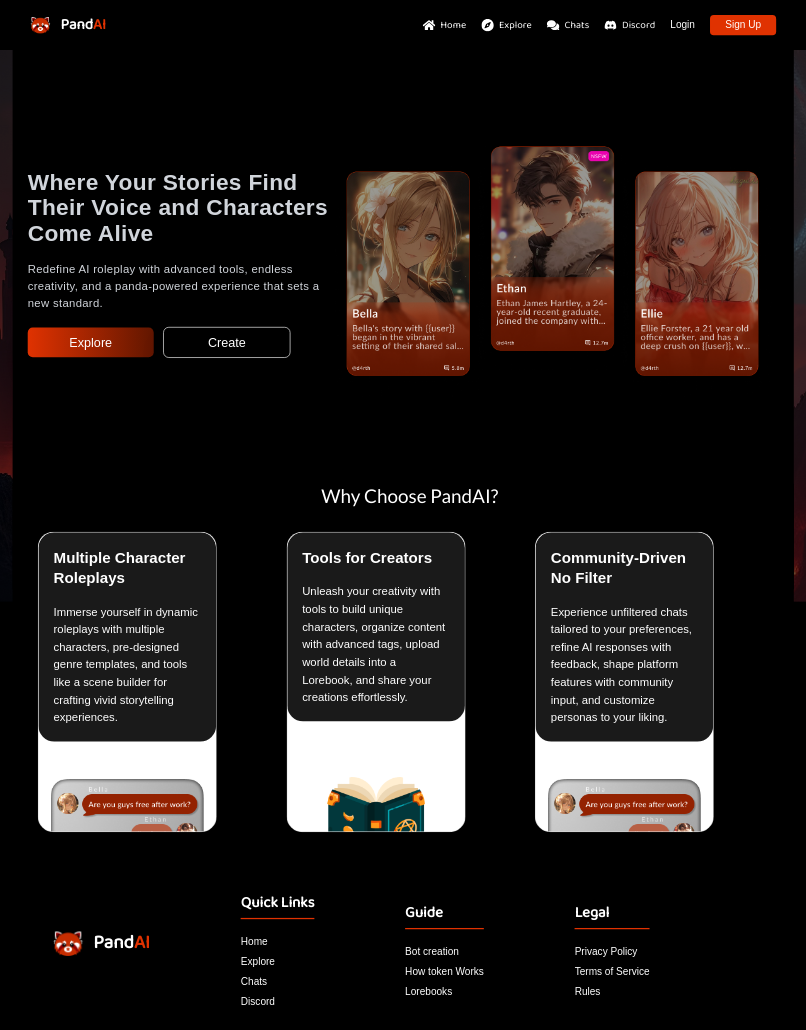
Repository: PandamoniumAI/Pandamonium
Page: /preview
The author's editor kept a copy of each file at every save. The page is drawn from the files as they stood at one save, then again after the next save.
The browser window is 1280 px wide. The pictures show the whole page, at 63% of full size.
Some web libraries are served in a nearby version. The project was rebuilt for these pictures with package versions that can differ from the ones it lists, and the page was loaded fresh each time. Also part of the build but not shown: vite.config.js, src/Utils/Utils.js, src/Components/SearchBar/SearchBar.jsx, src/Components/CSS/CharacterCard.css, src/Components/CharacterCard/CharacterCard.jsx, src/Components/CSS/CharacterCardModal.css, src/Components/CharacterCardModal/CharacterCardModal.jsx, src/Components/CSS/Tags.css and 15 more.

Above is the page before, as saved 2025-01-01 21:39:14.

After the next save:
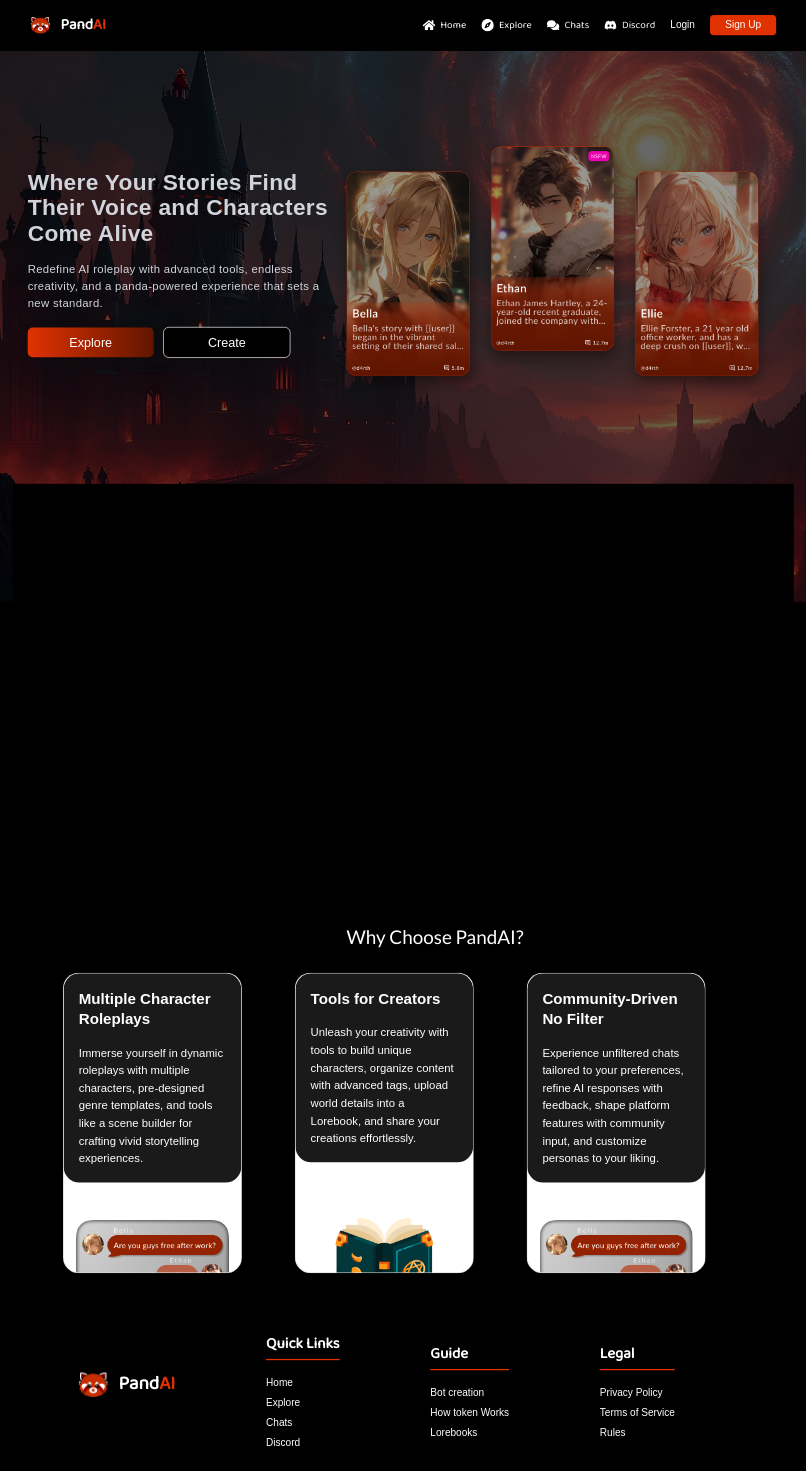
Saved 18 s later.
--- a/src/Preview/Preview.jsx
+++ b/src/Preview/Preview.jsx
@@ -91,7 +91,7 @@
         </div>
       </div>
 
-      <div className="infostart bg-black" style={{top: "700px"}}>
+      <div className="infostart px-10 relative bg-black" style={{top: "700px"}}>
       <div className="info px-10 relative bg-black" style={{top: "700px"}}>
         <div className="infotext mb-8 text-white">
           <h1 className="text-3xl font-lato text-white ml-[450px]">
